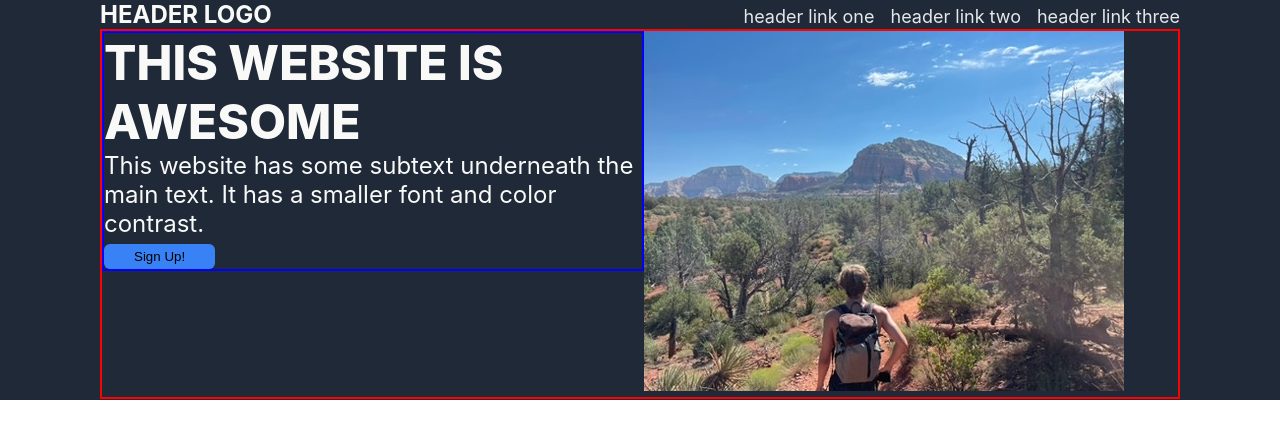
Repository: bbrockbrown/landing-page
Page: index.html
An editor plug-in stored every save of this project. The page is shown before and after the next save, followed by the edit.
The browser window is 1280 px wide. The pictures show the whole page.

Above is the page before, as saved 2024-07-24 11:56:26.

After the next save:
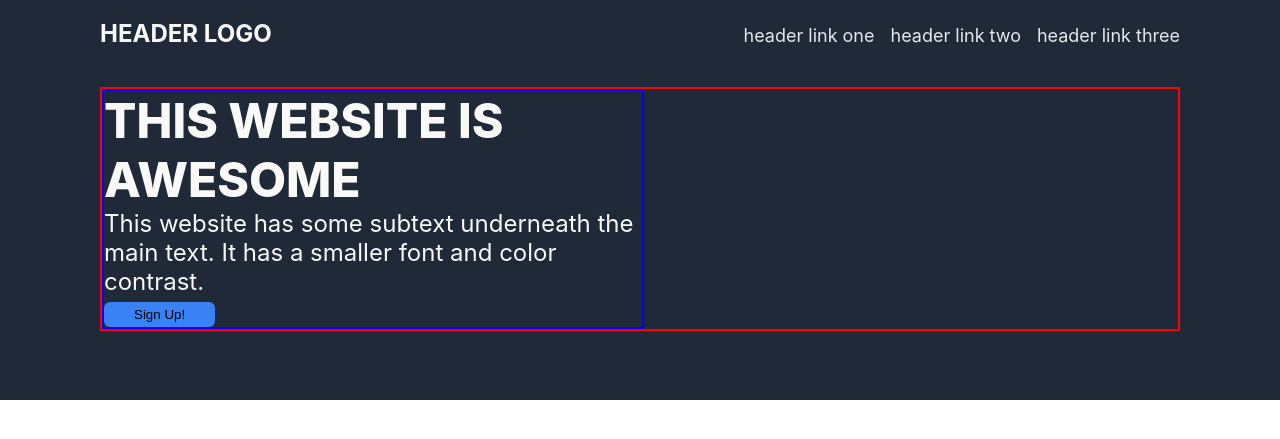
Saved 3 h 20 min later.
--- a/index.html
+++ b/index.html
@@ -31,7 +31,7 @@
             </div>
 
             <div class="header-image">
-                <img src="images/cool-photo.jpeg" alt="Me in Sedona">
+
             </div>
         </div>
     </div>
